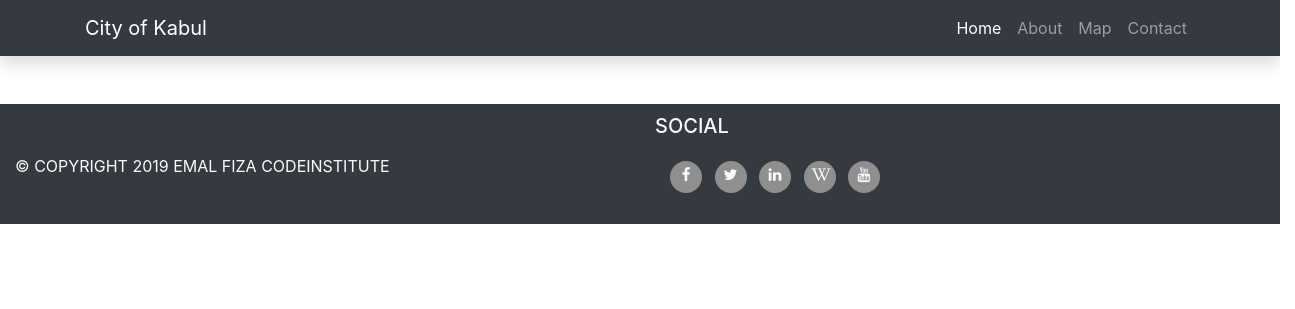
Repository: emalfiza/project-kabul
Page: about.html
The author's editor kept a record of every edit. The page is drawn from the files as they stood at one moment, then again after the next edit.
The browser window is 1280 px wide. The page is 1280 px wide, then 1295 px, so the pictures cover 1295 px, including what lies to the right of the window. The pictures show the whole page.

Above is the page before.

### about.html
<!DOCTYPE html>
<html lang="en">

<head>
  <meta charset="UTF-8">
  <meta name="viewport" content="width=device-width, initial-scale=1.0">
  <meta http-equiv="X-UA-Compatible" content="ie=edge">
  <link rel="stylesheet" href="https://stackpath.bootstrapcdn.com/bootstrap/4.3.1/css/bootstrap.min.css" type="text/css" />
  <link rel="stylesheet" href="https://stackpath.bootstrapcdn.com/font-awesome/4.7.0/css/font-awesome.min.css" type="text/css" />
  <link rel="stylesheet" href="assets/css/style.css" type="text/css" />
  <title>City of Kabul</title>
</head>

<body>
  <header>

    <!------------------------------------------- Navigation -->

    <nav class="navbar navbar-expand-lg navbar-dark bg-dark static-top mb-5 shadow">
      <div class="container">
        <a class="navbar-brand" href="#">City of Kabul</a>
        <button class="navbar-toggler" type="button" data-toggle="collapse" data-target="#navbarResponsive" aria-controls="navbarResponsive" aria-expanded="false" aria-label="Toggle navigation">
          <span class="navbar-toggler-icon"></span>
        </button>
        <div class="collapse navbar-collapse" id="navbarResponsive">
          <ul class="navbar-nav ml-auto">
            <li class="nav-item active">
              <a class="nav-link" href="#">Home
                <span class="sr-only">(current)</span>
              </a>
            </li>
            <li class="nav-item">
              <a class="nav-link" href="#">About</a>
            </li>
            <li class="nav-item">
              <a class="nav-link" href="#">Map</a>
            </li>
            <li class="nav-item">
              <a class="nav-link" href="#">Contact</a>
            </li>
          </ul>
        </div>
      </div>
    </nav>

  </header>

  <!------------------------------------------ Page Content -->

  <section>

  </section>
  <section>

  </section>
  <section>

  </section>

  <!------------------------------------------------ Footer -->

  <footer class="container-fluid">
    <div class="row">
      <div class="col-sm-6">
        <p class="uppercase general-sub special">&copy; Copyright 2019 Emal Fiza CodeInstitute</p>
      </div>
      <div class="col-sm-6">
        <h5 class="uppercase general-sub">Social</h5>
        <ul class="list-inline social-links">
          <li class="list-inline-item">
            <a target="_blank" href="#">
              <i class="fa fa-facebook" aria-hidden="true"></i>
              <span class="sr-only">Facebook</span>
            </a>
          </li>
          <li class="list-inline-item">
            <a target="_blank" href="#">
              <i class="fa fa-twitter" aria-hidden="true"></i>
              <span class="sr-only">Twitter</span>
            </a>
          </li>
          <li class="list-inline-item">
            <a target="_blank" href="#">
              <i class="fa fa-linkedin" aria-hidden="true"></i>
              <span class="sr-only">LinkedIn</span>
            </a>
          </li>
          <li class="list-inline-item">
            <a target="_blank" href="#">
              <i class="fa fa-wikipedia-w" aria-hidden="true"></i>
              <span class="sr-only">Wikipedia</span>
            </a>
          </li>
          <li class="list-inline-item">
            <a target="_blank" href="#">
              <i class="fa fa-youtube" aria-hidden="true"></i>
              <span class="sr-only">YouTube</span>
            </a>
          </li>
        </ul>
      </div>
    </div>

  </footer>
</body>

</html>

### assets/css/style.css
@import url('https://fonts.googleapis.com/css?family=Concert+One|Satisfy&display=swap:100,200,300,400,500,600,700,800|satisfy:100,200,300,400,500,600,700,800');

/* -----------------------------------------------------Navbar --*/

.navbar-brand {
  color: #fafafa;
}

/* -- The bellow body css imported from the startbootstrap.com --*/

.image {
  background: url("../images/kabul.jpg") no-repeat center center fixed;
  background-size: cover;
  -webkit-background-size: cover;
  -moz-background-size: cover;
  -o-background-size: cover;
}

/* -----------------------------------------------------Heading --*/

.title {
  font-family: "Concert One", sans-serif;
  font-weight: bolder;
  text-align: center;
  letter-spacing: 2px;
  text-transform: uppercase;
  font-size: 60px;
  color: #fafafa;
  margin-bottom: 10px;
}

hr {
  width: 20%;
  display: block;
  margin-top: 0.5em;
  margin-bottom: 0.5em;
  margin-left: auto;
  margin-right: auto;
  border-style: double;
  border-width: 1px;
  border-radius: 2px;
  height: 2px;
  color: #fafafa;
  background-color: #fafafa;
}

.card {
  background-color: rgba(0, 0, 0, 0.3);
}

.context {
  margin-top: 14%;
}

.primary,
.lead {
  font-family: "satisfy", sans-serif;
  font-size: 22px;
  color: #fafafa;
  text-align: center;
  margin-top: 32px;
}

.lead {
  margin-top: 20px;
}

.section-heading {
  font-family: "Concert One", sans-serif;
  text-align: center;
}

/* -----------------------------------------------------Main content --*/

.section-paragraph {
  font-family: "Satisfy", sans-serif;
  margin: 22px 14px 22px 14px;
  text-align: justify;
}

/* -----------------------------------------------------Footer --*/

footer {
  background-color: #343a40!important;
  color: #fafafa;
  min-height: 100px;
}

.uppercase {
  text-transform: uppercase;
}

/* --The font-family for the general-sub I copied from the bootsratp navbar "DevTool" of my home page
because I wanted my footer font family to match my navbar--*/

.general-sub {
  font-family: -apple-system, BlinkMacSystemFont, "Segoe UI", Roboto, "Helvetica Neue",
  Arial, "Noto Sans", sans-serif, "Apple Color Emoji", "Segoe UI Emoji", "Segoe UI Symbol", "Noto Color Emoji";
  margin-top: 10px;
}

.special {
  margin-left: 0px;
  margin-top: 50px;
}

.social-links {
  padding: 15px;
}

.social-links li a i {
  position: relative;
  width: 32px;
  height: 32px;
  padding: 8px;
  border-radius: 50%;
  font-size: 15px;
  line-height: 12px;
  text-align: center;
  color: #fafafa;
  background-color: #8f8f8f;
  transition: all 0.40s ease-in-out;
  -moz-transition: all 0.40s ease-in-out;
  -webkit-transition: all 0.40s ease-in-out;
  -o-transition: all 0.40s ease-in-out;
}

.social-links li a i:hover {
  background-color: #252525;
}

After the next edit:
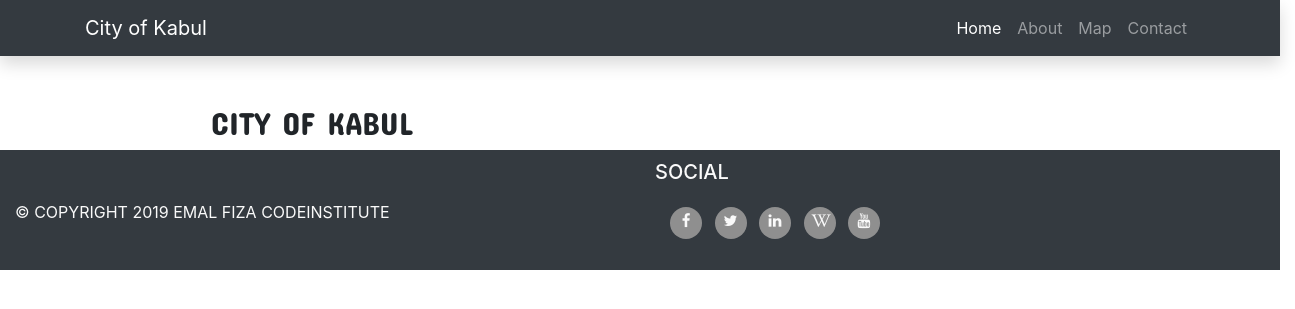
The edit:
--- a/about.html
+++ b/about.html
@@ -47,7 +47,19 @@
 
   <!------------------------------------------ Page Content -->
 
-  <section>
+  <section class="conrainer-fluid">
+    <div class="row row-table">
+      <div class="col-md-6 about-kabul section-column">
+        <div class="row">
+          <div class="col">
+            <h2 class="section-heading uppercase">City of Kabul</h2>
+          </div>
+        </div>
+
+      </div>
+    </div>
+
+
 
   </section>
   <section>
